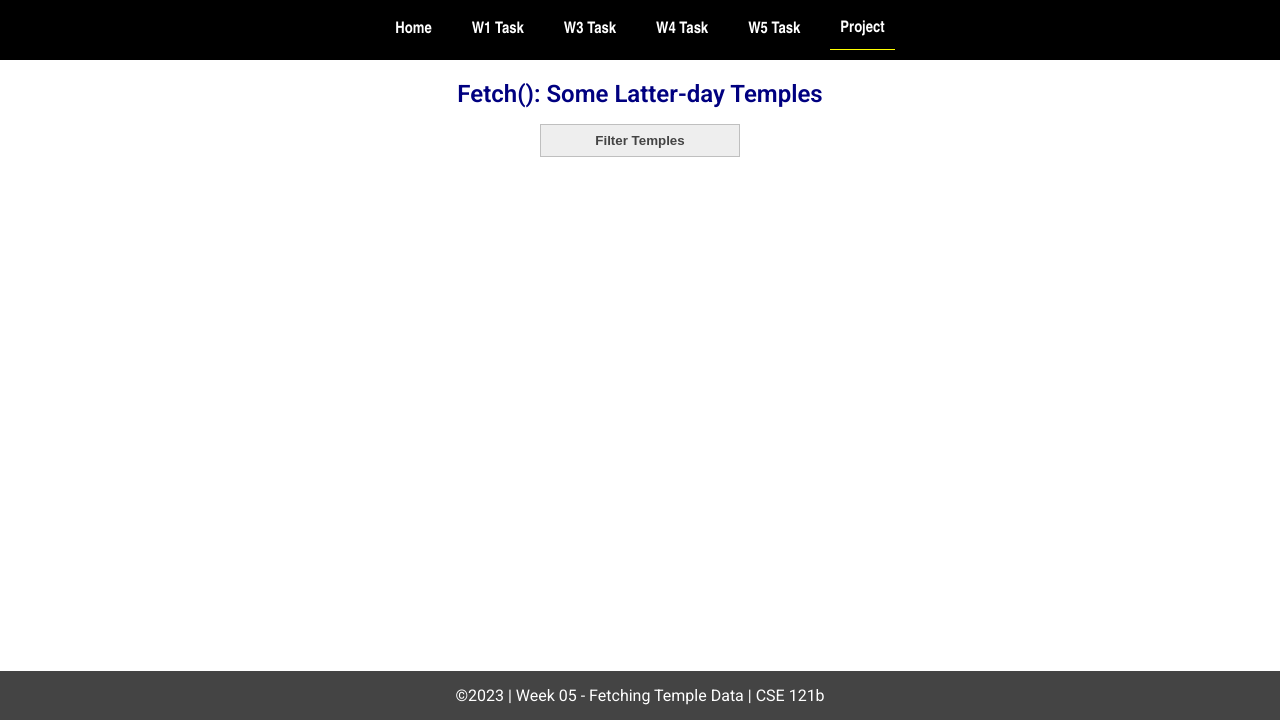
Repository: mszakutumela/cse121b
Page: Project/project.html
The author's editor kept a copy of each file at every save. The page is drawn from the files as they stood at one save, then again after the next save.
The browser window is 1280 px wide. The pictures show the whole page.

Above is the page before, as saved 2023-10-24 14:27:26.

After the next save:
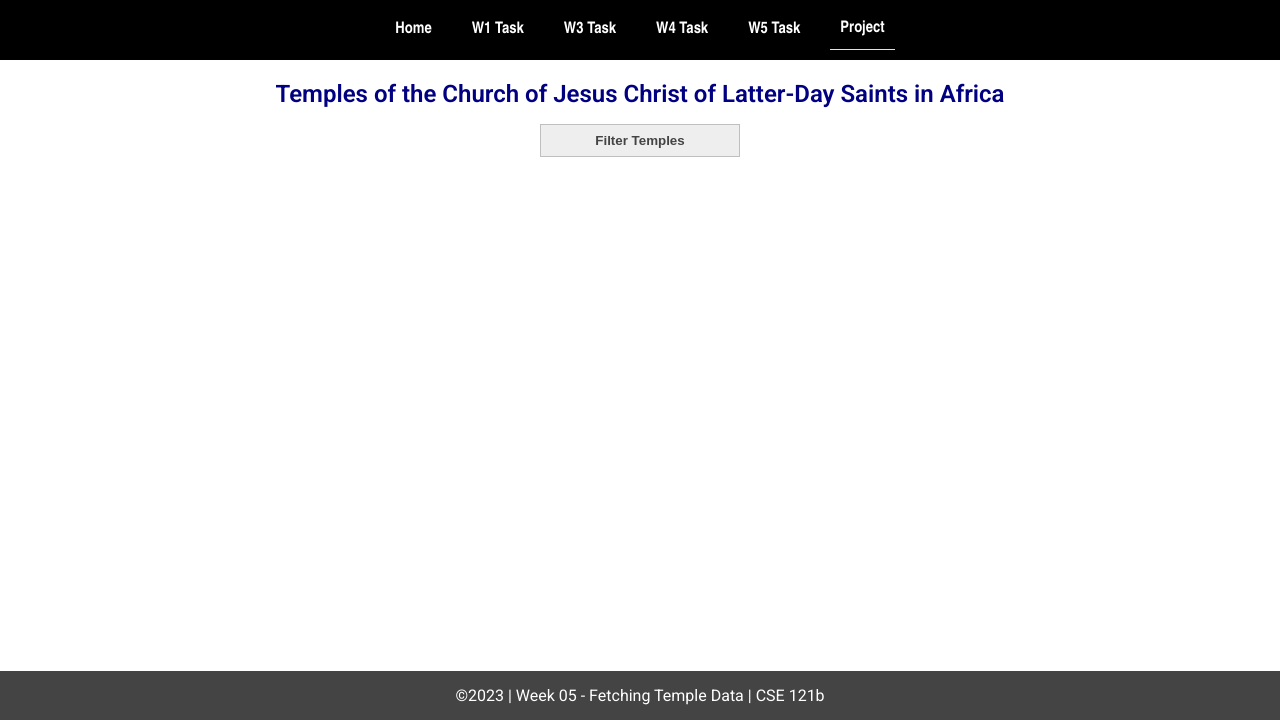
Saved 37 s later.
--- a/Project/project.html
+++ b/Project/project.html
@@ -26,7 +26,7 @@
   </nav>
   <main id="grid">
     <h1>PROJECT</h1>
-    <h2>Fetch(): Some Latter-day Temples</h2>
+    <h2>Temples of the Church of Jesus Christ of Latter-Day Saints in Africa</h2>
 
     <select id="sortBy" title="Choose a data filter.">
       <option value="" disabled selected>Filter Temples</option>
